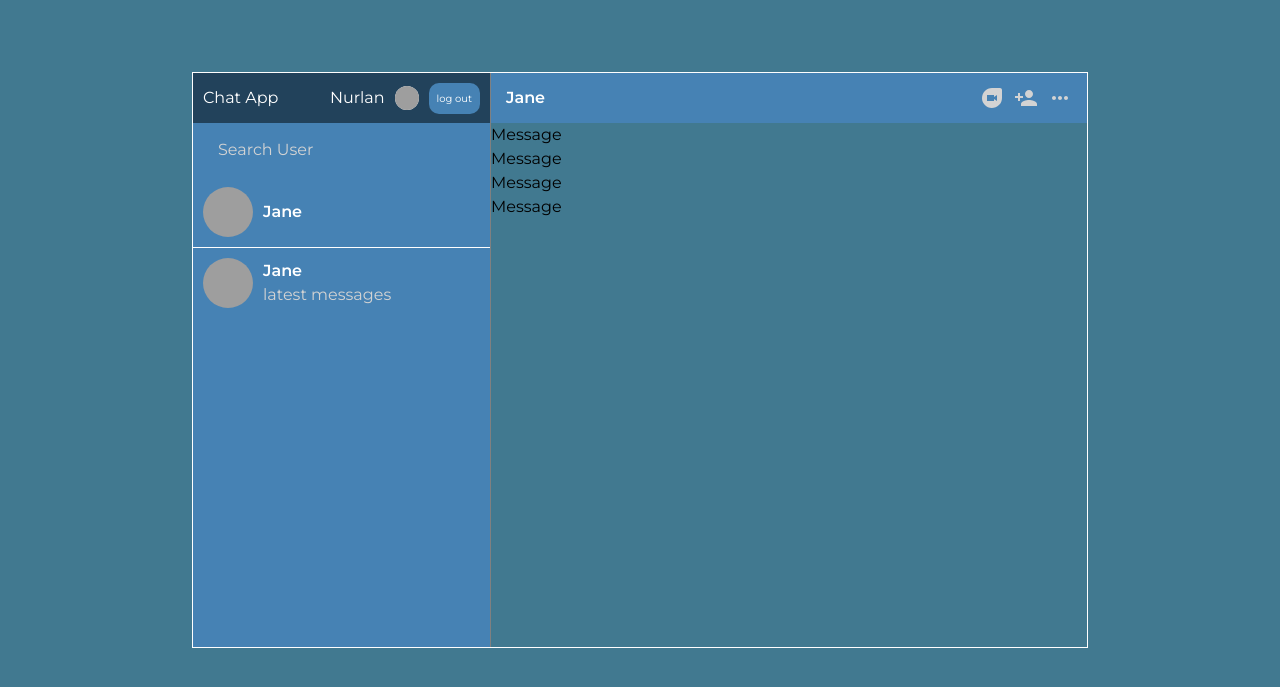
Repository: Nurlan-Bakenbaev/chat-app
Page: /
The author's editor kept a copy of each file at every save. The page is drawn from the files as they stood at one save, then again after the next save.
The browser window is 1280 px wide. The pictures show the whole page.
Pictures or frames that could not be fetched are drawn as grey boxes. The project was rebuilt for these pictures with package versions that can differ from the ones it lists, and the page was loaded fresh each time. Also part of the build but not shown: vite.config.js. Imported but missing from the stored project, and not drawn on this page: src/pages/Login.

Above is the page before, as saved 2023-08-19 14:15:57.

### index.html
<!doctype html>
<html lang="en">
  <head>
    <meta charset="UTF-8" />
    <link rel="preconnect" href="https://fonts.googleapis.com">
<link rel="preconnect" href="https://fonts.gstatic.com" crossorigin>
<link href="https://fonts.googleapis.com/css2?family=Montserrat:wght@400;600&display=swap" rel="stylesheet">
    <link rel="icon" type="image/svg+xml" href="/vite.svg" />
    <meta name="viewport" content="width=device-width, initial-scale=1.0" />
    <title>Chat App</title>
  </head>
  <body>
    <div id="root"></div>
    <script type="module" src="/src/main.jsx"></script>
  </body>
</html>

### src/App.jsx
import './style.scss'
import './App.css'
import Login from './pages/Login'
import Home from './pages/Home'

function App() {

  return (
    <div>
    <Home/>
    </div>
  )
}

export default App

### src/style.scss
.formContainer,
.home {
  background: rgb(65, 121, 144);
  height: 100vh;
  display: flex;
  align-items: center;
  justify-content: center;
  font-family: "Montserrat", sans-serif;

  .formWrapper {
    background-color: white;
    padding: 40px 70px;
    border-radius: 20px;
    display: flex;
    flex-direction: column;
    align-items: center;
    gap: 10px;
    .logo {
      font-size: 24px;
      color: steelblue;
      font-weight: bolder;
    }
    .title {
      font-size: 18px;
      color: steelblue;
      font-weight: bolder;
    }
    form {
      display: flex;
      flex-direction: column;
      gap: 15px;

      .fileSvg {
        font-size: 12px;
        color: rgb(103, 103, 103);
        display: flex;
        align-items: center;
        transition: scale 2s ease;
        gap: 5px;
        cursor: pointer;
      }
      .fileSvg:hover {
        transform: scale(1.02);
      }
      input {
        padding: 15px 60px;
        border: none;
        border-bottom: 1px solid pink;
        outline: none;

        &::placeholder {
          color: rgb(178, 178, 178);
        }
      }
      button {
        background-color: steelblue;
        color: white;
        padding: 10px;
        font-weight: bold;
        border: none;
        cursor: pointer;
      }
    }
    p {
      color: rgb(66, 82, 95);
      font-size: 14px;
      margin-top: 10px;
    }
  }
}

.home {
  .container {
    border: 1px solid white;
    width: 70%;
    height: 80%;
    display: grid;
    grid-template-columns: 1fr 2fr;
    overflow: hidden;

    .sidebar {
      flex: 1;
      border-right: 1px solid gray;
      background-color: steelblue;
      color: white;
      .navbar {
        display: flex;
        align-items: center;
        background-color: rgb(34, 66, 91);
        height: 50px;
        justify-content: space-between;
        padding: 10px;
        .logo {
          font-size: bold;
        }
        .user {
          display: flex;
          gap: 10px;
          align-items: center;
        }
        img {
          width: 24px;
          height: 24px;
          background-color: white;
          border-radius: 50%;
          object-fit: cover;
        }

        button {
          background-color: steelblue;
          color: white;
          font-size: 10px;
          border: none;
          cursor: pointer;
          padding: 8px;
          border-radius: 10px;
        }
      }
      .search {
        border-bottom: 1px solid white;

        .searchForm {
          padding: 10px;
          input {
            background-color: transparent;
            outline: none;
            padding: 5px;
            color: white;
            width: 100%;
            border-radius: 10px;
            border: none;

            &::placeholder {
              color: lightgray;
              padding-left: 10px;
            }
          }
        }
      }
      .userChat {
        padding: 10px;
        display: flex;
        align-items: center;
        gap: 10px;
        color: white;
        transition: background-color 0.2s ease-in;
        transition: scale 0.3s ease;

        &:hover {
          transform: scale(1.02);
          background-color: rgb(42, 80, 112);
        }
        img {
          width: 50px;
          height: 50px;
          border-radius: 50%;
          object-fit: cover;
        }
        .userChatInfo {
          span {
            font-style: 18px;
            font-weight: bolder;
          }
          p {
            font-style: 12px;
            color: lightgray;
          }
        }
      }
    }
    .chat {
      flex: 2;
      .chatInfo {
        background-color: steelblue;
        height: 50px;
        display: flex;
        align-items: center;
        justify-content: space-between;
        padding: 15px;
        color: white;

        span {
          font-weight: bold;
        }

        .chatIcons {
          display: flex;
          gap: 10px;
          color: white;
        }
        .chatIcons svg {
          color: rgb(211, 211, 211);
          cursor: pointer;
          transition: scale 0.2s ease-in;
          &:hover {
            transform: scale(1.2);
          }
        }
      }
    }
  }
}

### src/pages/Home.jsx
import React from 'react'
import SideBar from '../components/SideBar'
import Chat from '../components/Chat'



const Home = () => {
  return (
    <div className='home'>
      <div className="container">
        <SideBar/>
        <Chat/>

      </div>
    </div>
  )
}

export default Home

### src/components/SideBar.jsx
import React from "react";
import Navbar from "./Navbar";
import Search from "./Search";
import Chats from "./Chats";




const SideBar = () => {
  return (
    <div className="sidebar">
      <Navbar />
      <Search/>
      <Chats/>
    </div>
  );
};

export default SideBar;

### src/components/Chat.jsx
import React from "react";
import DuoIcon from "@mui/icons-material/Duo";
import PersonAddIcon from "@mui/icons-material/PersonAdd";
import MoreHorizIcon from "@mui/icons-material/MoreHoriz";
import Messages from "./Messages";
const Chat = () => {
  return (
    <div className="chat">
      <div className="chatInfo">
        <span>Jane</span>
        <div className="chatIcons">
          <DuoIcon />
          <PersonAddIcon />
          <MoreHorizIcon />
        </div>
      </div>
      <Messages />
    </div>
  );
};

export default Chat;

### src/components/Navbar.jsx
import React from "react";

const Navbar = () => {
  return (
    <div className="navbar">
      <span className="logo">Chat App</span>
      <div className="user">
        <span>Nurlan</span>
         <img src="https://images.pexels.com/photos/5197322/pexels-photo-5197322.jpeg?auto=compress&cs=tinysrgb&w=1260&h=750&dpr=2" alt="accaunt-photo" />
        <button>log out</button>
      </div>
    </div>
  );
};

export default Navbar;

### src/components/Search.jsx
import React from 'react'

const Search = () => {
  return (
    <div className='search'>
      <div className='searchForm'>
        <input type="text"placeholder='Search User' />
      </div>
      <div className='userChat'>
        <img src="https://images.pexels.com/photos/5971330/pexels-photo-5971330.jpeg?auto=compress&cs=tinysrgb&w=1260&h=750&dpr=2" alt="User-img" />
      <div className="userChatInfo">
        <span>Jane</span>
      </div>
      </div>
    </div>
  )
}

export default Search

### src/components/Chats.jsx
import React from 'react'

const Chats = () => {
  return (
    <div className='chats'>
     <div className='userChat'>
        <img src="https://images.pexels.com/photos/5971330/pexels-photo-5971330.jpeg?auto=compress&cs=tinysrgb&w=1260&h=750&dpr=2" alt="User-img" />
      <div className="userChatInfo">
        <span>Jane</span>
        <p>latest messages</p>
      </div>
      </div>
    </div>
  )
}

export default Chats

### src/components/Messages.jsx
import React from 'react'
import Message from './Message'
const Messages = () => {
  return (
    <div className='messages'>
      <Message/>
      <Message/>
      <Message/>
      <Message/>
    </div>
  )
}

export default Messages

Loaded but not shown: src/main.jsx (common file); src/index.css (common file); src/App.css (common file); src/components/Message.jsx (common file); tailwind.config.js (common file)

After the next save:
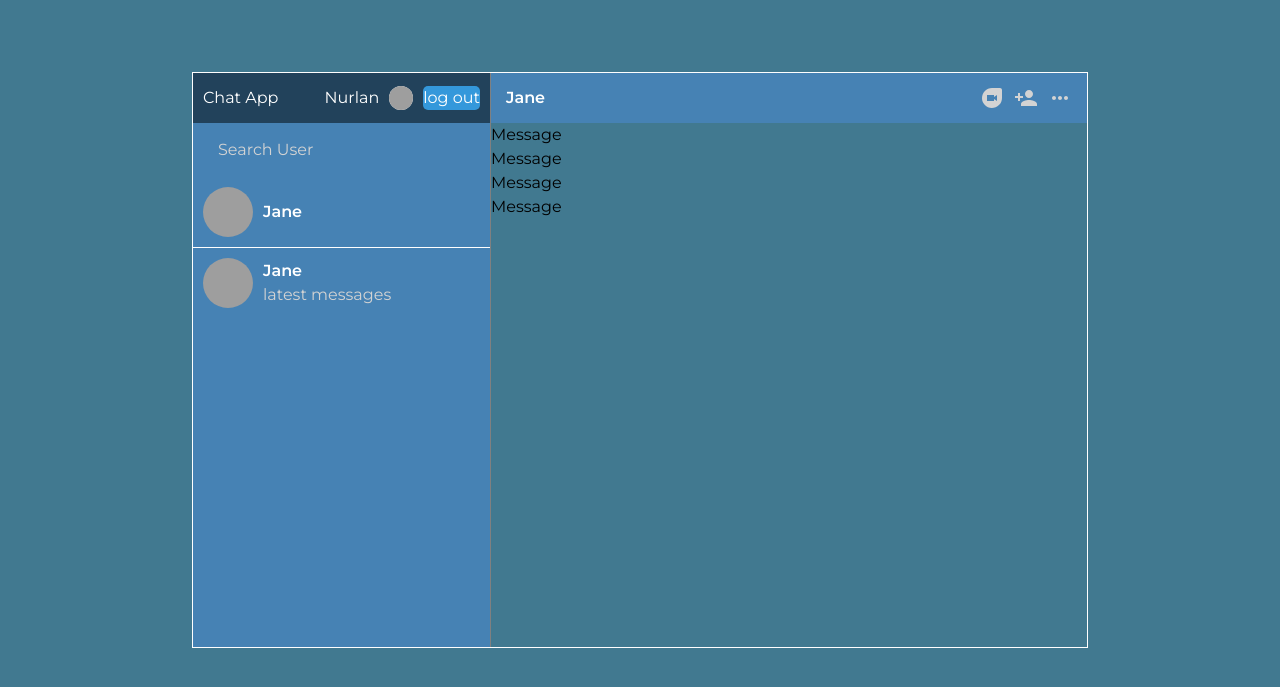
Saved 3 h 49 min later.
--- a/src/style.scss
+++ b/src/style.scss
@@ -107,13 +107,13 @@
         }
 
         button {
-          background-color: steelblue;
-          color: white;
-          font-size: 10px;
-          border: none;
-          cursor: pointer;
-          padding: 8px;
-          border-radius: 10px;
+          position: relative;
+  overflow: hidden;
+  background-color: #3498db;
+  color: white;
+  font-size: 16px;
+  border-radius: 5px;
+  transition: background-color 0.3s;
         }
       }
       .search {
